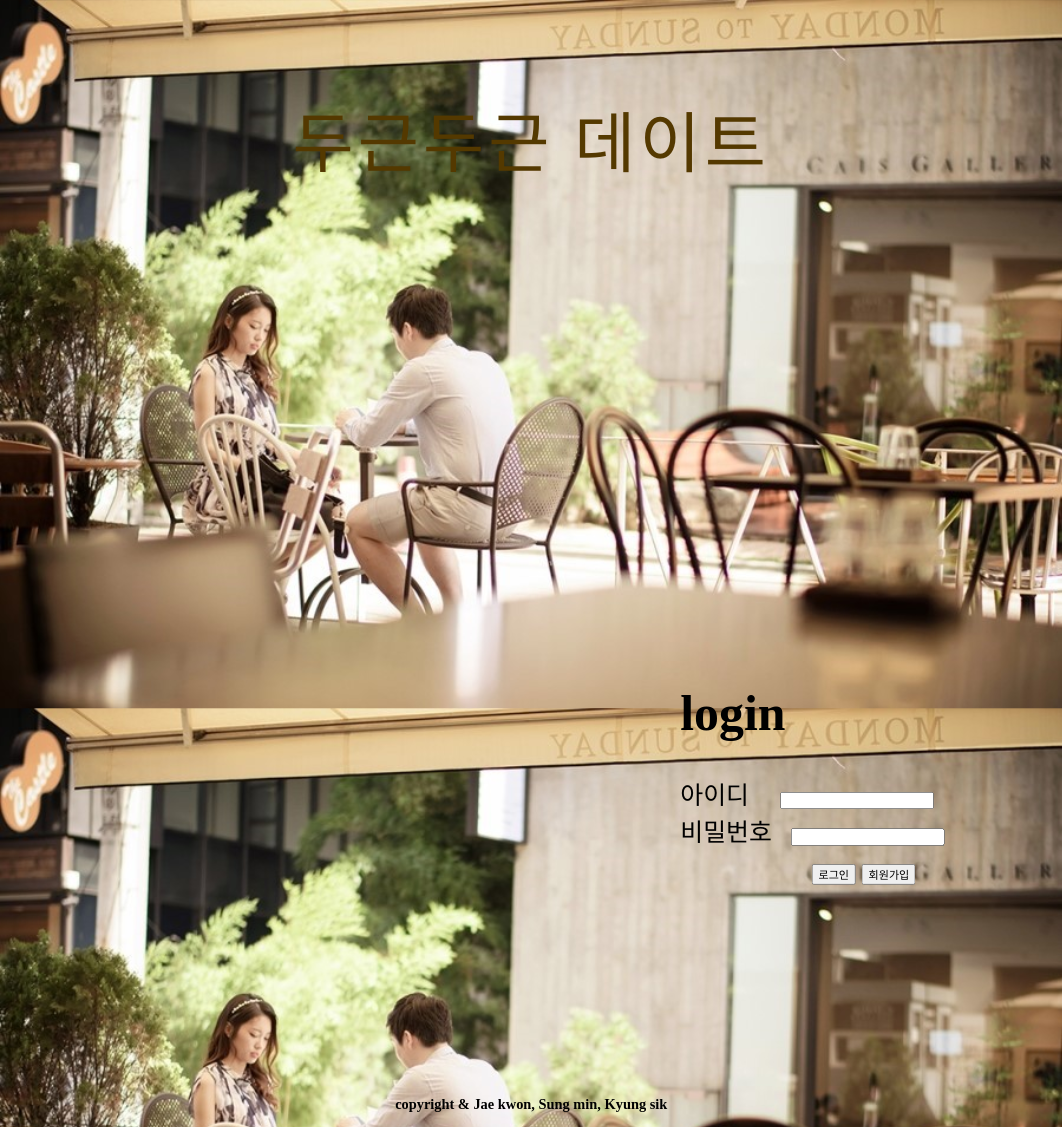
Repository: pinokio531/date_application
Page: http://localhost/doogeunDate/indexPage.jsp
The author's editor kept a copy of each file at every save. The page is drawn from the files as they stood at one save, then again after the next save.
The browser window is 1280 px wide. The pictures show the whole page, at 83% of full size.
Some web fonts or font styles are not loaded; a fallback is used. The page is served by Tomcat 9.

Above is the page before, as saved 2019-06-04 09:58:12.

### doogeunDate/WebContent/indexPage.jsp
<%@ page language="java" contentType="text/html; charset=UTF-8"
    pageEncoding="UTF-8"%>
<%@ page errorPage = "error/errorpage.jsp" %>
<html lang="en">

<head>
	<link href="https://fonts.googleapis.com/css?family=Nanum+Brush+Script&display=swap" rel="stylesheet">
	<meta charset="EUC-KR">
	<meta http-equiv="X-UA-Compatible" content="ie=edge">
	<title>Document</title>
	<link rel="stylesheet" type="text/css" href="style/index.css" />
</head>

<body>
	<div id="header">
		<p>두근두근 데이트</p>
	</div>
	<form action="f_login.jsp" method="post">
		<div class="container">
			<div class="blank">&nbsp;</div>
			<div class="login">
				<h1>login</h1>
				아이디 &nbsp;&nbsp;&nbsp; <input name="id"><br>
				비밀번호 &nbsp;&nbsp;<input name="passwd"><br>

				<div class="button">
					<input type="submit" value="로그인">
					<input type="button" value="회원가입" onclick="location.href='joinPage.jsp'"><br>
				</div>
			</div>
		</div>
	</form>
	<div class="footer">
		<p>copyright & Jae kwon, Sung min, Kyung sik</p>
	</div>
</body>

</html>

### doogeunDate/WebContent/style/index.css
body{
    background-image:url(../asset/background.jpg);
    background-size: 100%;
}

#header{
    text-align: center;
    padding: 20px;
    font-family: 'Nanum Brush Script', cursive;
    font-size: 60pt;
    letter-spacing: 5px;
    color: #543900;
}

.container{
    height: 80%;
    margin: 0 auto;
}

.blank{
    float: left;
    width: 65%;
    height: 80%;
}

.footer{
    padding-top: 400px;
    text-align: center;
    font-size: 13pt;
}

.login{
    float: right;
    margin:10px;
    width: 35%;
    height: 80%;
    font-family: 'Nanum Brush Script', cursive;
    font-size: 30px;
}

.button{
    margin: 10px;
    text-align:center;
}

.footer p {
    font-weight: bold;
}

After the next save:
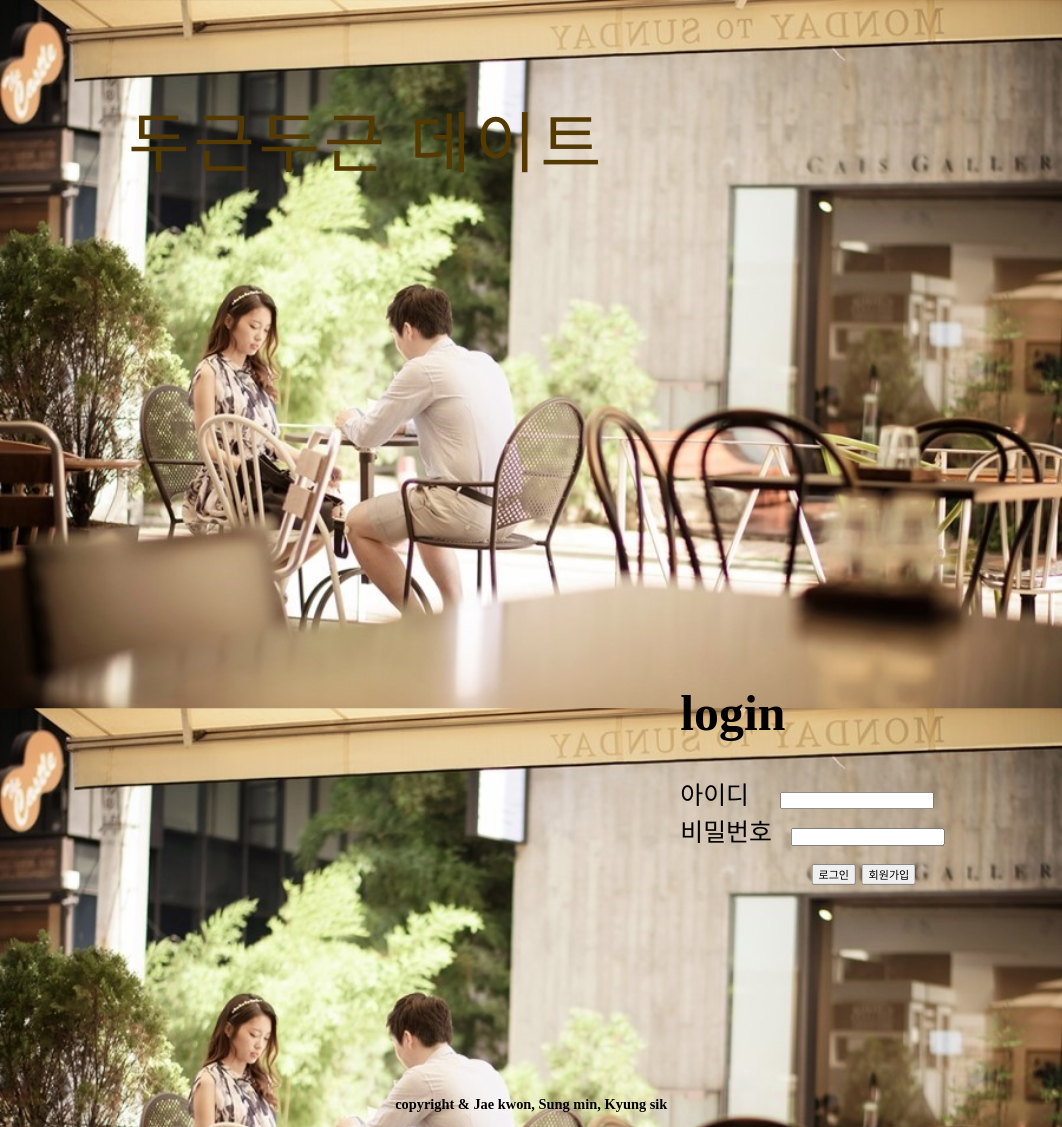
Saved 61 s later.
--- a/doogeunDate/WebContent/style/index.css
+++ b/doogeunDate/WebContent/style/index.css
@@ -4,7 +4,7 @@ body{
 }
 
 #header{
-    text-align: center;
+    margin-left: 10%;
     padding: 20px;
     font-family: 'Nanum Brush Script', cursive;
     font-size: 60pt;
